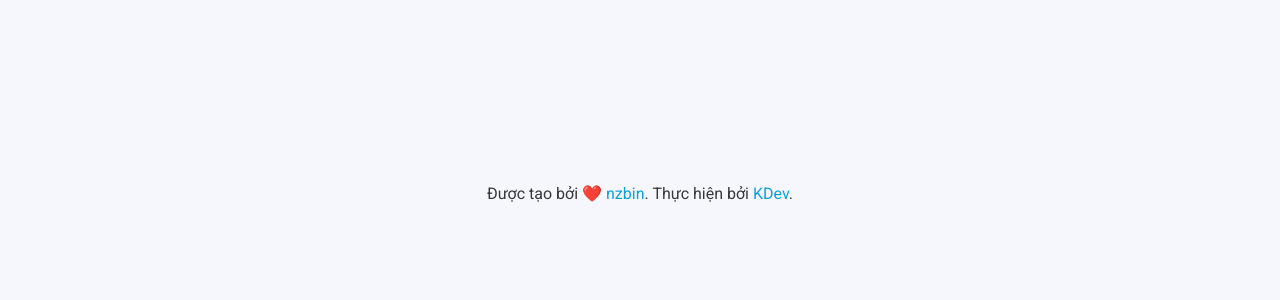
Repository: haokiet2501/lazy-loader-animation
Page: index.html
These files come from the project's save history. The page is drawn as it stood at one moment and after a run of saves; the edit follows.
The browser window is 1280 px wide. The pictures show the whole page.
The style sheet was rebuilt from its Sass, Less or Tailwind sources for each picture, by a compiler version that may differ from the author's.

Above is the page before, as saved 2022-05-06 19:39:37.

After the next 2 saves:
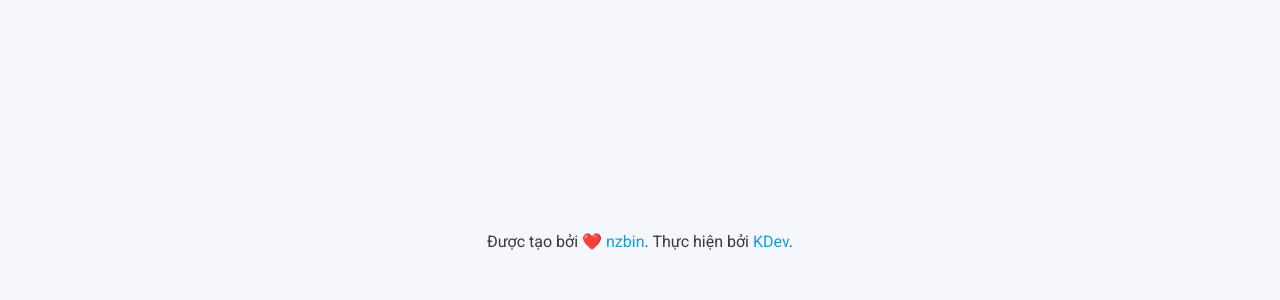
The 2 saves are shown as one change because 1 did not build or start.
The last was saved 11 s later.
--- a/sass/styles.scss
+++ b/sass/styles.scss
@@ -19,7 +19,7 @@ $color-line: #50dfdb;
 
 .row {
     display: grid;
-    grid-template-columns: 31% 31% 31%;
+    grid-template-columns: repeat();
     gap: 24px 16px;
 
 }
